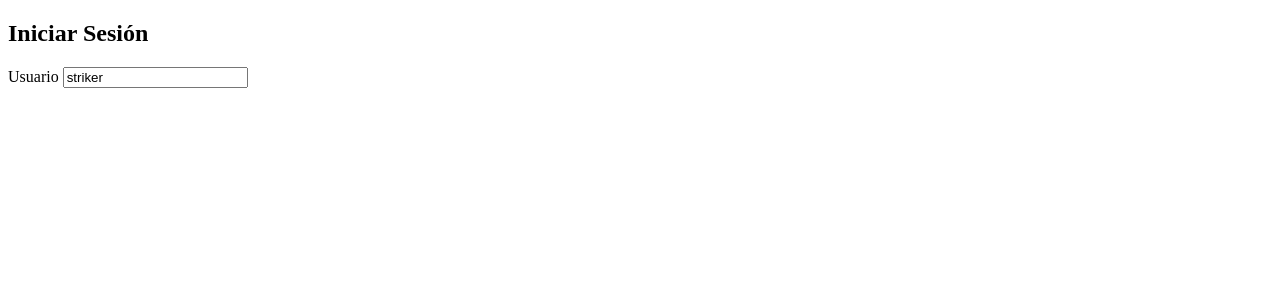
Repository: TzMichaelYT/ModuloHTMLCSS
Page: formularioHTML/index.html
These files come from the project's save history. The page is drawn as it stood at one moment and after the next save; the edit follows.
The browser window is 1280 px wide. The pictures show the whole page.

Above is the page before, as saved 2021-07-14 18:51:56.

After the next save:
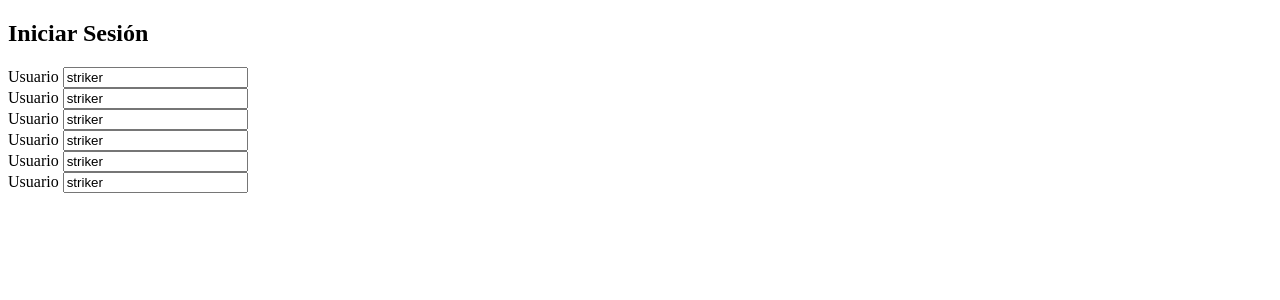
Saved 10 s later.
--- a/formularioHTML/index.html
+++ b/formularioHTML/index.html
@@ -23,6 +23,26 @@
                 <label for="usuario">Usuario</label>
                 <input type="text" id="usuario" value="striker">
             </div>
+            <div>
+                <label for="usuario">Usuario</label>
+                <input type="text" id="usuario" value="striker">
+            </div>
+            <div>
+                <label for="usuario">Usuario</label>
+                <input type="text" id="usuario" value="striker">
+            </div>
+            <div>
+                <label for="usuario">Usuario</label>
+                <input type="text" id="usuario" value="striker">
+            </div>
+            <div>
+                <label for="usuario">Usuario</label>
+                <input type="text" id="usuario" value="striker">
+            </div>
+            <div>
+                <label for="usuario">Usuario</label>
+                <input type="text" id="usuario" value="striker">
+            </div>
 
         </div>
 

After the save that followed:
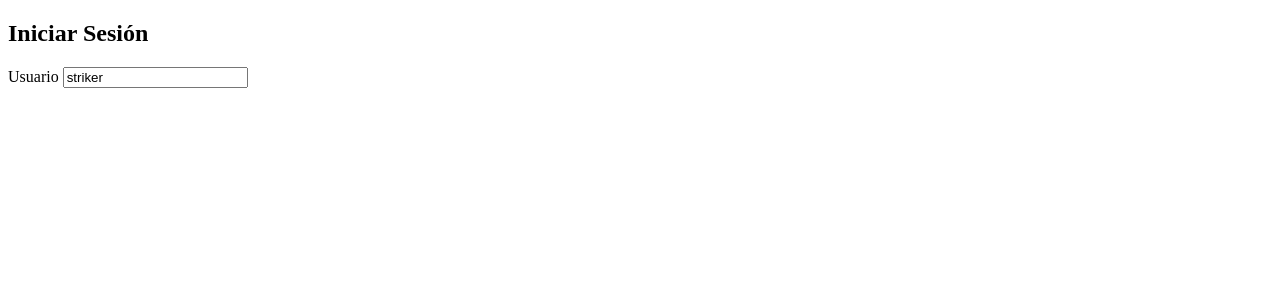
Saved 99 s later.
--- a/formularioHTML/index.html
+++ b/formularioHTML/index.html
@@ -23,26 +23,7 @@
                 <label for="usuario">Usuario</label>
                 <input type="text" id="usuario" value="striker">
             </div>
-            <div>
-                <label for="usuario">Usuario</label>
-                <input type="text" id="usuario" value="striker">
-            </div>
-            <div>
-                <label for="usuario">Usuario</label>
-                <input type="text" id="usuario" value="striker">
-            </div>
-            <div>
-                <label for="usuario">Usuario</label>
-                <input type="text" id="usuario" value="striker">
-            </div>
-            <div>
-                <label for="usuario">Usuario</label>
-                <input type="text" id="usuario" value="striker">
-            </div>
-            <div>
-                <label for="usuario">Usuario</label>
-                <input type="text" id="usuario" value="striker">
-            </div>
+
 
         </div>
 
